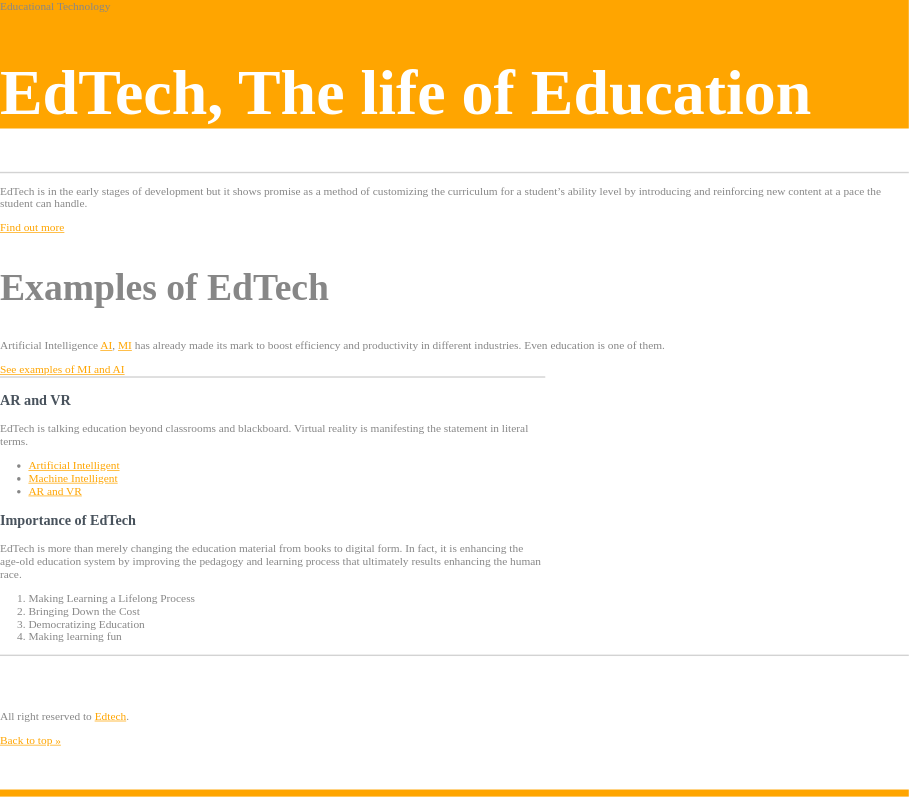
Repository: tunmishyi/edtech
Page: index.html
These files come from the project's save history. The page is drawn as it stood at one moment and after the next save; the edit follows.
The browser window is 1280 px wide. The pictures show the whole page, at 71% of full size.

Above is the page before, as saved 2020-06-09 22:44:38.

### index.html
<html>
	<head>
		<title>EdTech</title>
		<link rel="stylesheet" href="/home/peterolayinka/Documents/archive/tutorial/jumoke/css/style.css">
	</head>
	<body>
		<header id="top" class="main-header">
			<span class"title">Educational Technology</span>
			<h1>EdTech, The life of Education</h1>
		</header>

		<div class="primary-content, t-border">
			<p>
					EdTech is in the early stages of development but it shows promise as a method of customizing the curriculum for a student’s ability level by introducing and reinforcing new content at a pace the student can handle.
			</p>
			<a href="#more">Find out more</a>
			<h2>Examples of EdTech</h2>
			<p>
				Artificial Intelligence <a href="#">AI</a>, <a href="#">MI</a> has already made its mark to boost efficiency and productivity in different industries. Even education is one of them.
			</p>
			<a href="#" class="callout">See examples of MI and AI</a>
		</div>

		<div class="secondary-content t-border">
			<h3>AR and VR</h3>
				<p>
					EdTech is talking education beyond classrooms and blackboard. Virtual reality is manifesting the statement in literal terms.
				</p>
				<ul>
					<li><a href="#">Artificial Intelligent</a></li>
					<li><a href="#">Machine Intelligent</a></li>
					<li><a href="#">AR and VR</a></li>
				</ul>
				<h3>Importance of EdTech</h3>
				<p>
					EdTech is more than merely changing the education material from books to digital form. In fact, it is enhancing the age-old education system by improving the pedagogy and learning process that ultimately results enhancing the human race.
				</p>
				<ol>
					<li>Making Learning a Lifelong Process</li>
					<li>Bringing Down the Cost</li>
					<li>Democratizing Education</li>
					<li>Making learning fun</li>
				</ol>
			</div>

			<footer id="main-footer" class="t-border">
				<p>All right reserved to <a href="#">Edtech</a>.</p>
				<a href="#top">Back to top &raquo;</a>
			</footer>
	</body>
</html>

### style.css
/*Type Selectors */

body {
   color: #878787;
   margin: 0;
   font-size: 1em;
}

h1 {
    font-size: 90px;
    color: white;
    }

    h2 {
        font-size: 53px;
    }

    h3 {
        font-size: 20px;
        color: #48525c;
    }

    /* Pseudo Classes-------- */

    a:link {
        color: orange;
    }

    a:visited {
        color: lightblue;
    }

    a:hover {
        color: forestgreen;
    }

    a:active {
        color: lightcoral;
    }

    /*ID Selectors */

    #main-footer {
        padding-top: 60px;
        padding-bottom: 60px;
        border-bottom: solid 10px orange;
    }

    /*Class Selectors */

    .main-header {
        background-color: orange;
    }

    .title {
        color: white;
        font-size: 3em;
    }

    .primary-content,
    .secondary-content {
        width: 60%;
    }
    .primary-content {
        text-align: center;
    }

    .t-border {
        border-top: 2px solid lightgrey;
    }

After the next save:
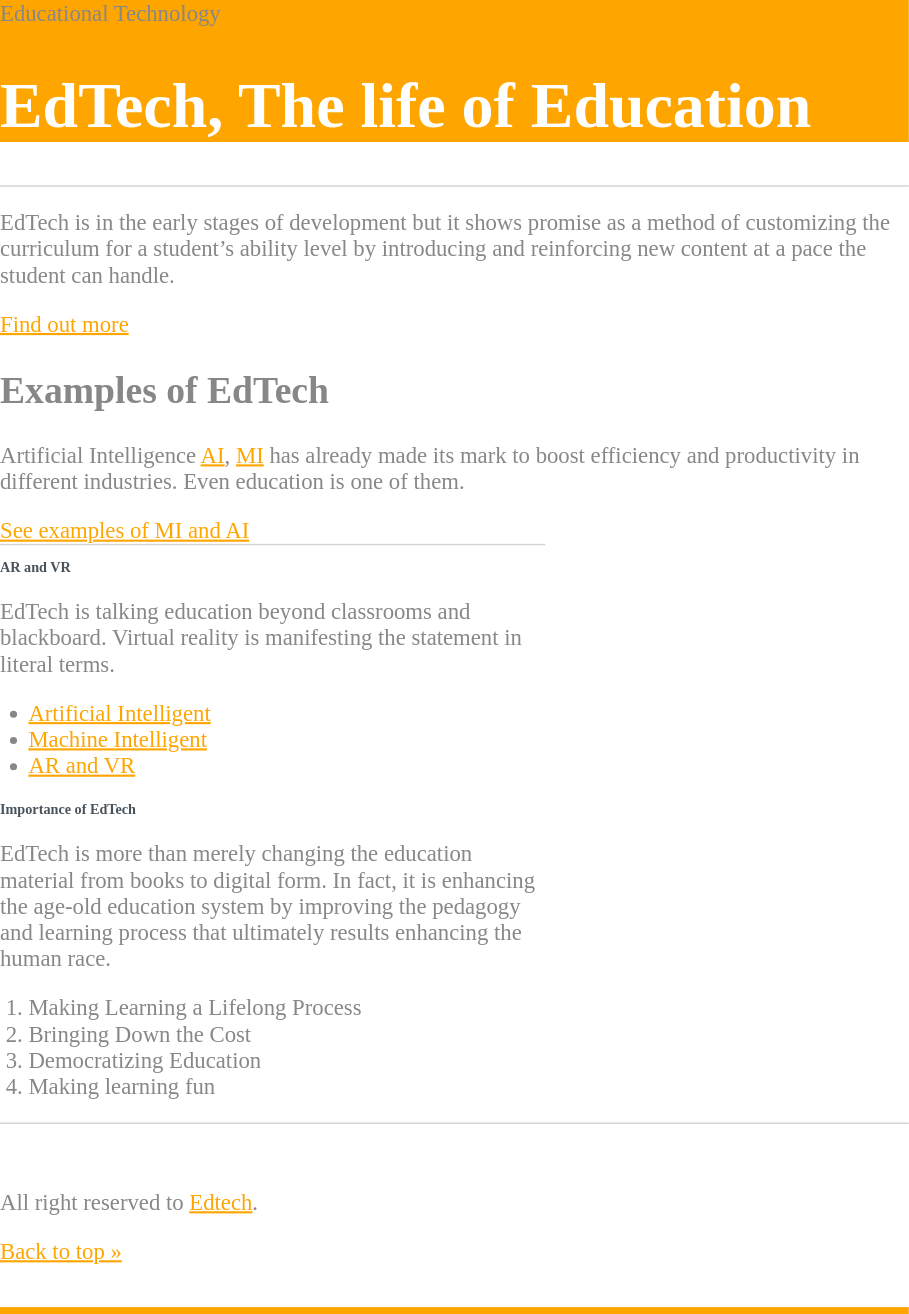
Saved 42 s later.
--- a/style.css
+++ b/style.css
@@ -3,7 +3,7 @@
 body {
    color: #878787;
    margin: 0;
-   font-size: 1em;
+   font-size: 2em;
 }
 
 h1 {

After the save that followed:
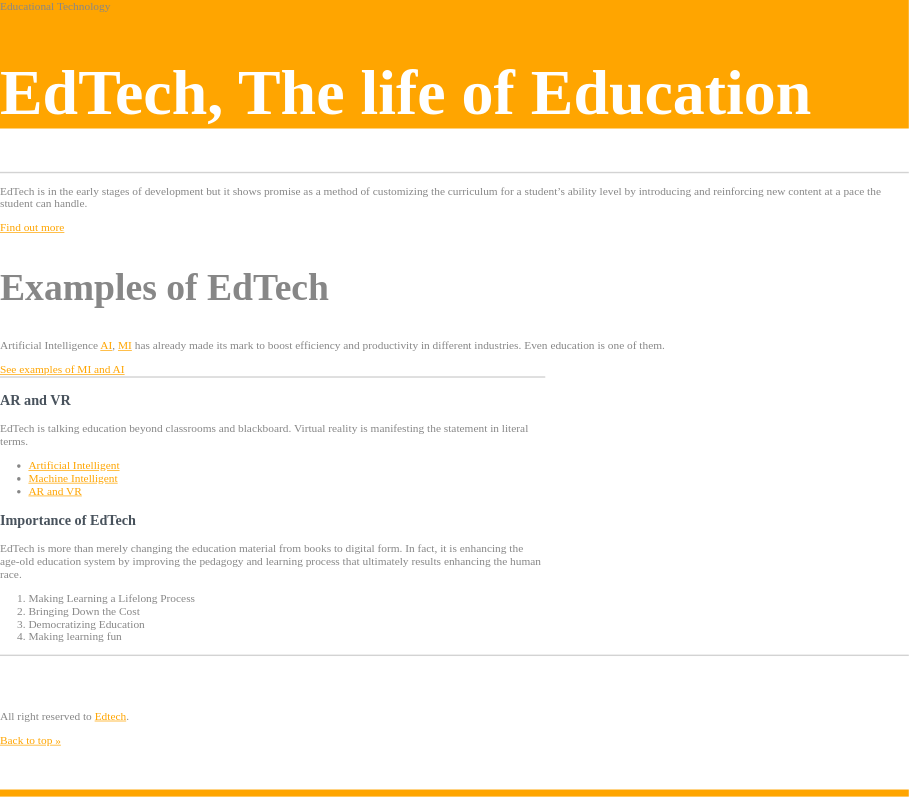
Saved 69 s later.
--- a/style.css
+++ b/style.css
@@ -3,7 +3,7 @@
 body {
    color: #878787;
    margin: 0;
-   font-size: 2em;
+   font-size: 1em;
 }
 
 h1 {
